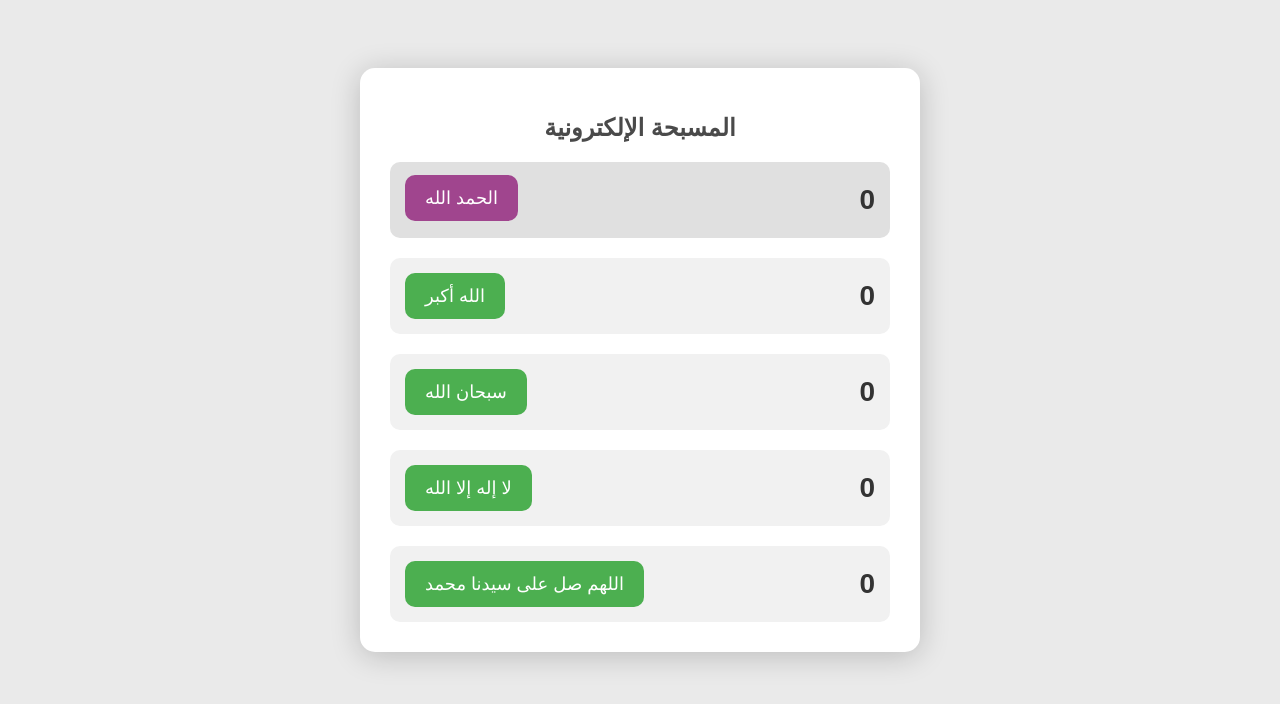
Repository: ShahdKItany/Electronic-Rosary
Page: index.html
The author's editor kept a copy of each file at every save. The page is drawn from the files as they stood at one save, then again after the next save.
The browser window is 1280 px wide. The pictures show the whole page.
The pointer rests on the first visible `button`.

Above is the page before, as saved 2024-10-23 00:52:54.

### index.html
<!DOCTYPE html>
<html lang="ar">
<head>
  <meta charset="UTF-8">
  <meta name="viewport" content="width=device-width, initial-scale=1.0">
  <link rel="stylesheet" href="styles.css">
  <title>المسبحة الإلكترونية</title>
</head>
<body>
  <div class="container">
    <h1 class="title">المسبحة الإلكترونية</h1>
    <div class="button-container">
      <div class="button-group">
        <button id="incrementButton1">الحمد الله</button>
        <span id="counter1" class="counter">0</span>
      </div>
      <div class="button-group">
        <button id="incrementButton2">الله أكبر</button>
        <span id="counter2" class="counter">0</span>
      </div>
      <div class="button-group">
        <button id="incrementButton3">سبحان الله</button>
        <span id="counter3" class="counter">0</span>
      </div>
      <div class="button-group">
        <button id="incrementButton4">لا إله إلا الله</button>
        <span id="counter4" class="counter">0</span>
      </div>
      <div class="button-group">
        <button id="incrementButton5">اللهم صل على سيدنا محمد</button>
        <span id="counter5" class="counter">0</span>
      </div>
    </div>
  </div>

  <script src="main.js"></script>
</body>
</html>

### styles.css
body {
    font-family: 'Arial', sans-serif;
    background-color: #eaeaea;
    display: flex;
    justify-content: center;
    align-items: center;
    height: 100vh;
    margin: 0;
  }

  .container {
    text-align: center;
    background-color: #ffffff;
    border-radius: 15px;
    box-shadow: 0 4px 30px rgba(0, 0, 0, 0.2);
    padding: 30px;
    max-width: 500px;
    width: 90%;
  }

  .title {
    color: #4a4a4a;
    margin-bottom: 20px;
    font-size: 24px;
    font-weight: bold;
  }

  .button-container {
    display: flex;
    flex-direction: column;
    gap: 20px;
  }

  .button-group {
    display: flex;
    justify-content: space-between;
    align-items: center;
    background-color: #f1f1f1;
    border-radius: 10px;
    padding: 15px;
    transition: background-color 0.3s;
  }

  .button-group:hover {
    background-color: #e0e0e0;
  }

  button {
    background-color: #4CAF50;
    color: white;
    border: none;
    border-radius: 10px;
    padding: 12px 20px;
    cursor: pointer;
    font-size: 18px;
    transition: background-color 0.3s, transform 0.1s;
  }

  button:hover {
    background-color: #a0458e;
    transform: translateY(-2px);
  }

  .counter {
    font-size: 28px;
    color: #333;
    font-weight: bold;
  }

### main.js
const incrementButton1 = document.getElementById('incrementButton1');
const incrementButton2 = document.getElementById('incrementButton2');
const incrementButton3 = document.getElementById('incrementButton3');
const incrementButton4 = document.getElementById('incrementButton4');
const incrementButton5 = document.getElementById('incrementButton5');

const counterElement1 = document.getElementById('counter1');
const counterElement2 = document.getElementById('counter2');
const counterElement3 = document.getElementById('counter3');
const counterElement4 = document.getElementById('counter4');
const counterElement5 = document.getElementById('counter5');

let counterValue1 = 0;
let counterValue2 = 0;
let counterValue3 = 0;
let counterValue4 = 0;
let counterValue5 = 0;

incrementButton1.addEventListener('click', function() {
  counterElement1.textContent = ++counterValue1;
});

incrementButton2.addEventListener('click', function() {
  counterElement2.textContent = ++counterValue2;
});

incrementButton3.addEventListener('click', function() {
  counterElement3.textContent = ++counterValue3;
});

incrementButton4.addEventListener('click', function() {
  counterElement4.textContent = ++counterValue4;
});

incrementButton5.addEventListener('click', function() {
  counterElement5.textContent = ++counterValue5;
});

After the next save:
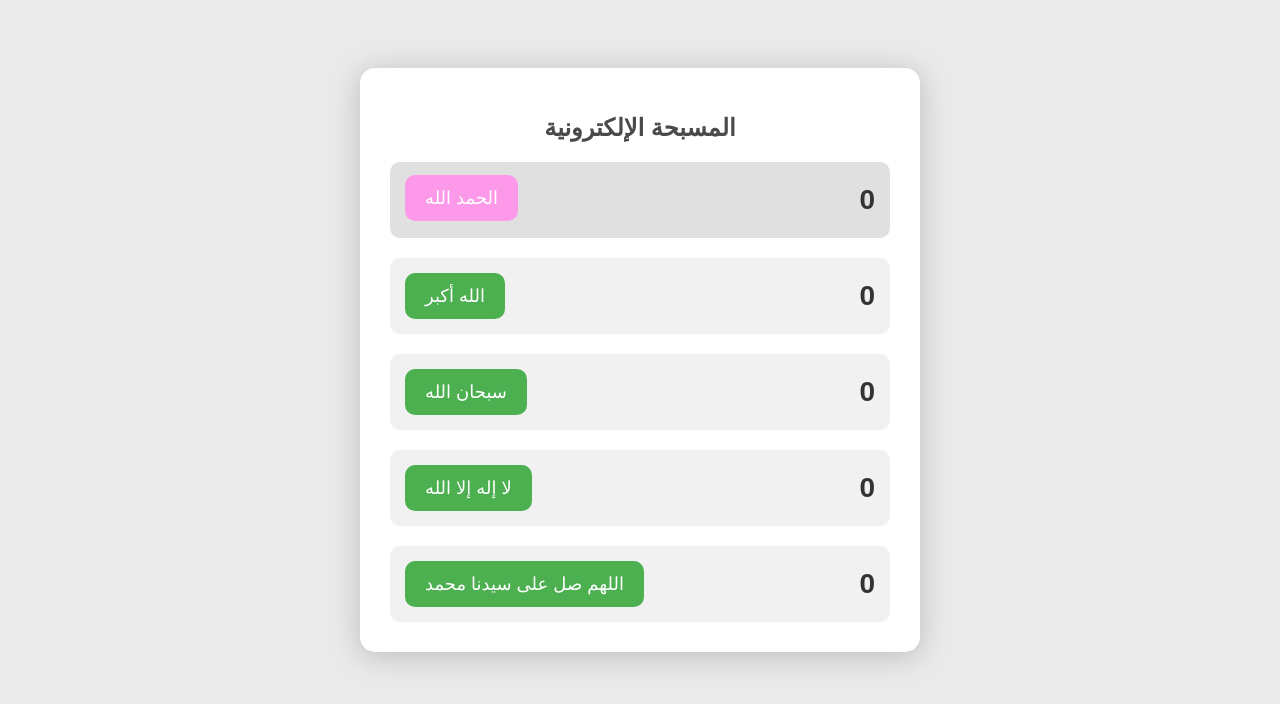
Saved 4 s later.
--- a/styles.css
+++ b/styles.css
@@ -57,7 +57,7 @@ body {
   }
 
   button:hover {
-    background-color: #a0458e;
+    background-color: #fd99e9;
     transform: translateY(-2px);
   }
 
